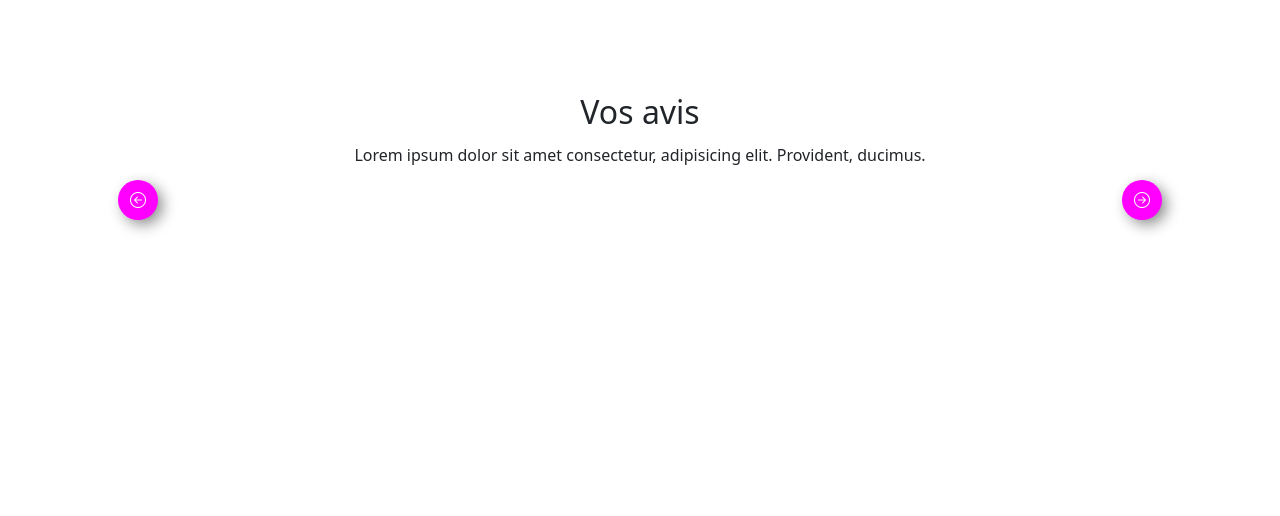
Repository: haifabilel/shop
Page: http://localhost/templates/avis_clients.php
An editor plug-in stored every save of this project. The page is shown before and after the next save, followed by the edit.
The browser window is 1280 px wide. The pictures show the whole page.
Some web libraries are served in a nearby version. The page is run by PHP 8.4 with error messages shown; the project is at /var/www/html/.

Above is the page before, as saved 2023-12-11 17:01:09.
Console error: ReferenceError: jQuery is not defined

### templates/avis_clients.php
<?php
require_once 'head.php';
?>
<section>
    <div class="testimonial-container">
        <div class="title">
            <h2>Vos avis</h2>
            <p>Lorem ipsum dolor sit amet consectetur, adipisicing elit. Provident, ducimus.</p>
        </div>
            <div class="container">
                <div class="testimonial-item active">
                    <img src="../uploads/images/img-2.jpg" alt="img_1">
                    <h3>title</h3>
                    <p>Lorem ipsum dolor sit amet.</p>
                </div>
                <div class="testimonial-item">
                    <img src="../uploads/images/img-2.jpg" alt="img_1">
                    <h3>title</h3>
                    <p>Lorem ipsum dolor sit amet.</p>
                </div>
                <div class="testimonial-item">
                    <img src="../uploads/images/img-2.jpg" alt="img_1">
                    <h3>title</h3>
                    <p>Lorem ipsum dolor sit amet.</p>
                </div>

                <div class="left-arrow" onclick="nextSlide()"><i class="bi bi-arrow-left-circle"></i></div>
                <div class="right-arrow" onclick="prevSlide()"><i class="bi bi-arrow-right-circle"></i></div>
            </div>
    </div>
</section>

### templates/head.php
<!DOCTYPE html>
<html lang="fr">
 <head>
        <meta charset="utf-8">
        <meta http-equiv="X-UA-Compatible" content="IE=edge">
        <title>shop</title>
        <meta name="description" content="Notre garage est parfaitement équipé, le Garage V.Parrot entretient vos véhicules et propose également des occasions toutes marques garanties. Il assure également le diagnostic et la réparation
         toutes marques de vos véhicules.">
         <meta name="viewport" content="width=device-width, initial-scale=1">
         <script src="https://cdnjs.cloudflare.com/ajax/libs/jqueryui/1.13.2/jquery-ui.min.js" integrity="sha512-57oZ/vW8ANMjR/KQ6Be9v/+/h6bq9/l3f0Oc7vn6qMqyhvPd1cvKBRWWpzu0QoneImqr2SkmO4MSqU+RpHom3Q==" crossorigin="anonymous" referrerpolicy="no-referrer"></script>
         <script src="https://cdn.jsdelivr.net/npm/bootstrap@4.0.0/dist/js/bootstrap.min.js" integrity="sha384-JZR6Spejh4U02d8jOt6vLEHfe/JQGiRRSQQxSfFWpi1MquVdAyjUar5+76PVCmYl" crossorigin="anonymous"></script>

         <script src="https://cdn.jsdelivr.net/npm/popper.js@1.12.9/dist/umd/popper.min.js" integrity="sha384-ApNbgh9B+Y1QKtv3Rn7W3mgPxhU9K/ScQsAP7hUibX39j7fakFPskvXusvfa0b4Q" crossorigin="anonymous"></script>
         <!--  carrousel -->
         <link href="https://gosnippets.com/full-screen/bootstrap-carousel-with-cards-in-3-columns" rel="canonical">
            <!-- Bootstrap icons CSS -->
        <link rel="stylesheet" href="https://cdn.jsdelivr.net/npm/bootstrap-icons@1.6.1/font/bootstrap-icons.css">
        <!-- font awesome cdn link-->
        <link rel="stylesheet" href="https://cdnjs.cloudflare.com/ajax/libs/font-awesome/6.3.0/css/all.min.css" integrity="sha512-SzlrxWUlpfuzQ+pcUCosxcglQRNAq/DZjVsC0lE40xsADsfeQoEypE+enwcOiGjk/bSuGGKHEyjSoQ1zVisanQ==" crossorigin="anonymous" referrerpolicy="no-referrer">
            <!-- Bootstrap -->
        <link rel="stylesheet" href="https://cdn.jsdelivr.net/npm/bootstrap@5.2.3/dist/css/bootstrap.min.css" integrity="sha384-rbsA2VBKQhggwzxH7pPCaAqO46MgnOM80zW1RWuH61DGLwZJEdK2Kadq2F9CUG65" crossorigin="anonymous">
            <!-- CSS Link -->
        <link rel="stylesheet" href="../css/style.css">
</head>

### css/style.css
*{
    margin: 0;
    padding:0;
    box-sizing:border-box;
}
html{
    font-size: 16px;
    font-family: Georgia, 'Times New Roman', Times, serif;
    --ms-text-size-adjust:100%;
    -webkit-text-size-adjust: 100%;
    -webkit-tap-highlight-color: transparent;
    -ms-overflow-style: scrollbar;
}
body{
    width:100%;
    /* background-image:url(../uploads/images/pink-1030584_1280.jpg);  */
    background-repeat: no-repeat;
    background-size: cover;


}
.main{
    width:95vw;
    background: #fff;
    box-shadow: 0 2px 6px 0 rgb(0 0 0 / 10%);
    margin: 1rem auto;
    margin-top: 10rem;
    padding: 2%;
}
a{
    text-decoration:none;
    color: #000;
}
.title{
    text-align: center;
    margin: 1rem 0;
    line-height: 2;
}
ul{
    list-style: none;
}
sup{
    position:absolute;
    top:-5px;
    background-color: #000;
    color: #fff;
    border-radius: 50%;
    width:15px;
    height:15px;
    line-height:15px;
    padding:.1rem;
    margin-left:-8px;
    text-align: center;
}
.empty{
   text-align: center;
   text-transform:capitalize;
   margin:0 auto;
   margin-bottom:2rem;
   width:59%;
   padding: .5rem 1.5rem;
   background: green;
   color:white;
   border:1px solid green;
}
.btn{
    line-height: 2;
    background-color:#debfd6;
    padding: 5px 35px;
    display:inline-block;
    border-radius: 30px;
    color:#000;
    text-transform: capitalize;
    font-size: 16px;
    user-select: none;
    position: relative;
    overflow: hidden;
    vertical-align: middle;
    transition:color 0.3s ease;
    z-index:2;

}
.btn::before{
    position:absolute;
    content:'';
    left:0;
    top:0;
    background:#80005e;
    height:100%;
    width:0;
    z-index:-1;
    transition:width 0.3s ease;

}
.btn:hover::before{
width:100%;
}
.btn:hover{
    color: #fff;
}
.input,textarea{
    background:#fff;
    border:none;
    padding: .6rem;
    margin:.5rem 0;
    border:1px solid green;
    width:100%;
}
button{
    background:transparent;
    border:none;
    outline:none;
}

/*=================header================ */
header{
    position:fixed;
    top:1%;
    left:2%;
    width:95vw;
    padding:1rem;
    z-index:101;
    transition:.3s;
    box-shadow: 5px 5px 15px -1px #808080;
    background-color:#ff00ff;

}
.logo{
    width:100px;
    height:50px;
}
header.scrolled{
    top:0;
    box-shadow: 5px 5px 15px -1px #808080;
}
.header.scrolled a:hover{
    color:green
}
.flex{
    width:100%;
    display:flex;
    justify-content:space-between;
    align-items:center;
    position:relative;
    margin:0 auto;
}
.navbar a {
    margin: 0 1 rem;
    font-size:1 rem;
    margin: 0 30px;

}
.navbar a:hover{
    color:green;
}
.haeder .icons{
    display: flex;
}
.header .icons i{
    margin-left:1rem;
    font-size:1.5rem;
    color:#000;
}
#menu-btn{
    font-size: 2rem;
    display:none;
}
.header .user-box{
    position:absolute;
    top:120%;
    right:0;
    box-shadow: rgb(255 255 255 / 80%);
    border-radius: .5rem;
    padding: 1rem;
    text-align:center;
    width: 20rem;
    transform: scale(0);
    transform-origin:top right;
    line-height:2;
}
.header .user-box .btn{
    border-radius:.5rem;
    padding: 0 1.5rem;
}
.logout-btn{
    background:#000;
    color:#fff;
    text-transform:uppercase;
    width: 11rem;
    border-radius: .5rem;
    margin: .5rem;
    padding: .5rem 0;
}
.header .user-box.active{
    transform:scale(1.0);
    transition:.2s linear;
}
/* =============home slider=========== */
.home-section{
    position: relative;
    margin-bottom: 2rem;
    margin-top: -4rem;
}
.slider{
    max-height: 80vh;
    width:100%;
    display:flex;
    overflow-x: hidden;
    overflow-y:hidden;
    scroll-snap-type: x mandatory;
}
.slider_{
   height: 80vh;
   min-width: 100vw;
   width:100%;
   scroll-snap-align: start;
   background-position: center;
   background-size: cover;
   position:relative;
}
.slider .slide-detail{
    position: absolute;
    top:30%;
    left:20%;
    text-align: center;
}
.slider .slide-detail h1{
    position: relative;
    color:#80005e;
    margin-left: -5rem;
}
.slider .slide-detail h1::before{
    position: absolute;
    content:'';
    width:380px;
    height:1px;
    bottom:-40%;
    left:20%;
    background: #e2e2e244;
}
.slider .slide-detail h1::after{
    position: absolute;
    content:'';
    width:10px;
    height:10px;
    bottom:-50%;
    left:50%;
    border-radius:50%;
    background: #f7b90f;
}
.slider .slide-detail p{
    font-size: 14px;
    color:#80005e;
    margin-top:2rem ;
    margin-bottom:2rem;
    margin-left: -7rem;
}
.slide1{
    background-image: url(../uploads/images/birth_candle.jpg);
}
.slide2{
    background-image: url(../uploads/images/slider4.jpg);
    background-position:center;
}
.slide3{
    background-image: url(../uploads/images/slider3.jpg);
}
.left-arrow,
.right-arrow{
position:absolute;
top:50%;
transform: translateY(-50%);
font-size: 2rem;
width:40px;
height:40px;
border-radius: 50%;
color:#fff;
z-index: 2;
}
.right-arrow{
   right: 1rem;
}
.left-arrow{
    left: 1rem;
 }
 .thumb{

    box-shadow: 5px 5px 15px -1px #808080;
    margin: 2rem auto;
    padding:2%;
    width:95%;
 }
 .articles_section h2{
    text-align: center;
    background: rgba(239, 129, 197, 0.203);
    width:50%;
    margin-left:22%;
 }
 .hr-circle {
    display:inline-block;
    color:#80005e;


  }
  .separator{
    margin:.1rem 42rem;
  }
  .separator1{
    margin:1rem 38rem;

  }
  .hr-circle hr{
    width:70px;

  }

 .box-container{
    display:flex;
    flex-wrap: wrap;
    /* grid-template-columns: repeat(auto-fit,minmax(15rem,1fr)); */

 }
 .thumb .box-container .box{
    text-align:center;
    margin:1rem;
    line-height:1.5;
    background:#fff;
    padding-bottom:1rem;
    color:gray;
 }
 .thumb .box-container .box img{
    transition:all 800ms ease-in-out;
    width:250px;
    height:220px;
    margin-left:50px;

 }
 .thumb .box-container .box:hover img{
    transform:rotateY(180deg);
    cursor: pointer;
 }
 .thumb .box-container i{
    width:80px;
    height:40px;
    border-radius:50%;
    /* background:#80005e; */
    color:#80005e;
    align-items:center;
    padding:4px;
    cursor: pointer;
    border:2px solid #80005e;
 }

.container .box{
    text-align:center;
    display:flex;
    align-items:center;
    justify-content:center;
}
.container h2{
    color:#80005e;
    font-size: 2rem;
    margin:1rem 8rem;
}
.container span{
    font-size: 1.5rem;
}
.box2{
    margin-top: 5rem;
}
.articles_section{
    margin-top: 10%;
}

/* =============avis clients=========== */
.testimonial-container{
    padding: 6% 0;

}
.testimonial-container .container{
    position:relative;
    perspective: 1000;
    padding-top: 2rem;
}
.testimonial-item .active{
    display: block;
}
.testimonial-item{
    border-radius: 5px;
    box-shadow: 5px 5px 15px -1px #808080;
    color:gray;
    width:50vw;
    display:none;
    margin: 0 auto;
    text-align:center;
    padding:1rem;
    transition:.4s;
}

.testimonial-container .container .testimonial-item h3{
    color: #80005e;
    font-size: 1.3rem;
    padding-bottom: .5rem;
}
.testimonial-container .container .testimonial-item img{
    padding:1rem 0;
    border-radius: 50%;
    width:150px;
}
.testimonial-container .container .left-arrow,
.testimonial-container .container .right-arrow{
    position:absolute;
    top: 40%;
    transform: translateY(-50%);
    font-size:1rem;
    width:40px;
    height:40px;
    border-radius: 50%;
    color:white;
    box-shadow: 5px 5px 15px -1px #808080;
    background:#ff00ff;
    z-index:2;
    cursor:pointer;
    display:flex;
    justify-content:center;
    align-items:center;
}
.testimonial-container .container .right-arrow{
    right:3rem;
}
.testimonial-container .container .left-arrow{
    left:3rem;
}
/* =============footer=========== */
.top-footer{
    width: 100%;
    display:flex;
    flex-wrap:wrap;
    justify-content:space-between;
    align-items:center;
    color:#fff;
    margin-top: 15rem;
    background: rgba(239, 129, 197, 0.826);
    height: 80px;
    padding:0 35px
}
.top-footer h2 i{
    margin-right:.5rem;
}
.top-footer input{
    width:40vw;
    height:40px;
    text-align: center;
    border-radius: 5px;
    border: white;

}
footer{
    position:relative;
}
.overlay{
    position:absolute;
    top:0;
    right:0;
    left:0;
    bottom:0;
    background:rgba(255, 0, 255, 0.135);

}
.footer-content{
    position:absolute;
    top:10%;
   background-color: fuchsia;
   width:100%;
}
.footer-content .img-box{
    text-align:center;
}
footer .inner-footer{
    display:flex;
    align-items: center;
    justify-content:center;
    width:100%;
    height:200px;
    padding:3rem 0;
    margin: 0 auto;
    color:#fff;
}
.card h3{
    color:#ff00ff;
    text-align: center;
}
footer .inner-footer .card{
    margin:2rem;
    border: #fff;
    width:15rem;

}
footer .inner-footer .card li{
    line-height: 1.5rem;
    text-transform:capitalize;
    font-size:16px;
    color: black;
}
footer .inner-footer .card p{
    color: #808080;
    text-align: center;
}
footer .inner-footer .card li:nth-child(1),
footer .inner-footer .card p{
    margin-top: 1rem;
}
footer .inner-footer .card .social-links{
    margin-top: 1rem;
}
footer .inner-footer .card .social-links i{
    width:50px;
    height:50px;
    border-radius: 50%;
    background: #fff;
    box-shadow: 5px 5px 15px -1px #808080;
    text-align: center;
    color:fuchsia;
    padding:.6rem;
    font-size: 1.3rem;
    margin-left: 4px;
}
footer .inner-footer .card .social-links i:hover{
    background-color: #80005e;
    color:#fff;
}
footer .bottom-footer{
    text-transform: capitalize;
    text-align: center;
    padding: 3rem 0;
    color:#000;
    padding-bottom: 1rem;
}

/*========== mediA screen============== */
@media (max-width:554px) {
    #menu-btn{
        display: block;
    }
    .header .flex .navbar{
        position :absolute;
        width:100%;
        padding: 0 2rem;
        top:130%;
        left:0;
        display:block;
        right:0;
        border-top:1px solid #ff00ff;
        background:#fff;
        transition:.3s ease;
        clip-path:polygon(0 0, 100% 0 ,100% 0, 0 0);
    }
    .header .flex .navbar.active{
        clip-path:polygon(0 0, 100% 0 ,100% 0, 0 0);
    }
    .header .flex .navbar a{
        display:block;
        margin:2rem;
        border-top:1px solid #ff00ff;
    }
    .form-container{
        width:100%;
    }
    form{
        width:100%;
    }
}

After the next save:
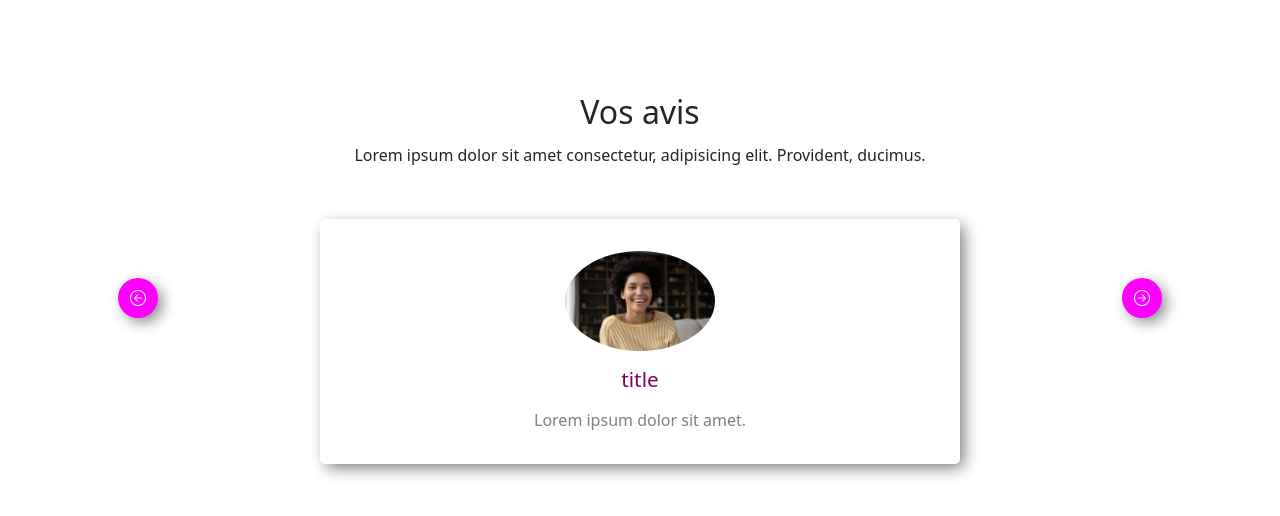
Saved 32 s later.
--- a/css/style.css
+++ b/css/style.css
@@ -382,7 +382,7 @@ z-index: 2;
     perspective: 1000;
     padding-top: 2rem;
 }
-.testimonial-item .active{
+.testimonial-item.active{
     display: block;
 }
 .testimonial-item{
